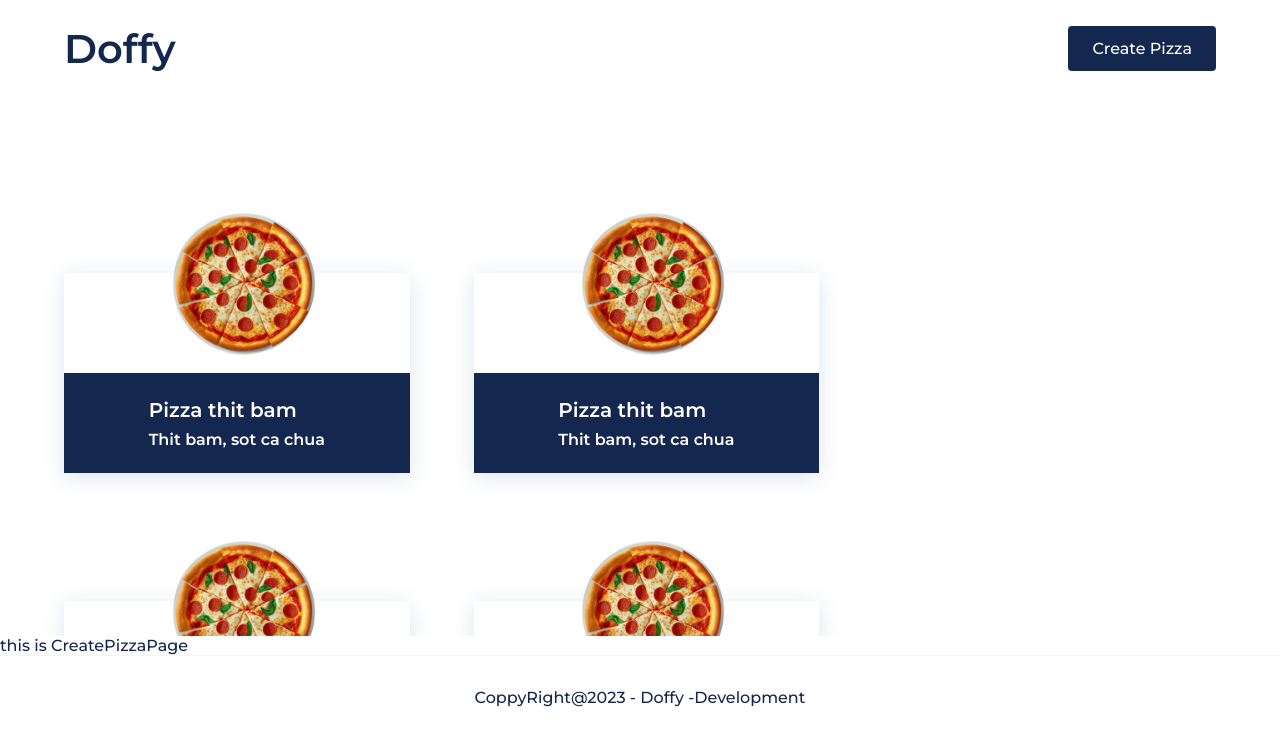
Repository: 16-Doffy/Pizza-Store
Page: /
These files come from the project's save history. The page is drawn as it stood at one moment and after the next save; the edit follows.
The browser window is 1280 px wide. The pictures show the whole page.
An inner scrolling area shows only its first screen. The project was rebuilt for these pictures with package versions that can differ from the ones it lists, and the page was loaded fresh each time. Also part of the build but not shown: webpack.config.js.

Above is the page before, as saved 2025-02-06 22:26:32.

After the next save:
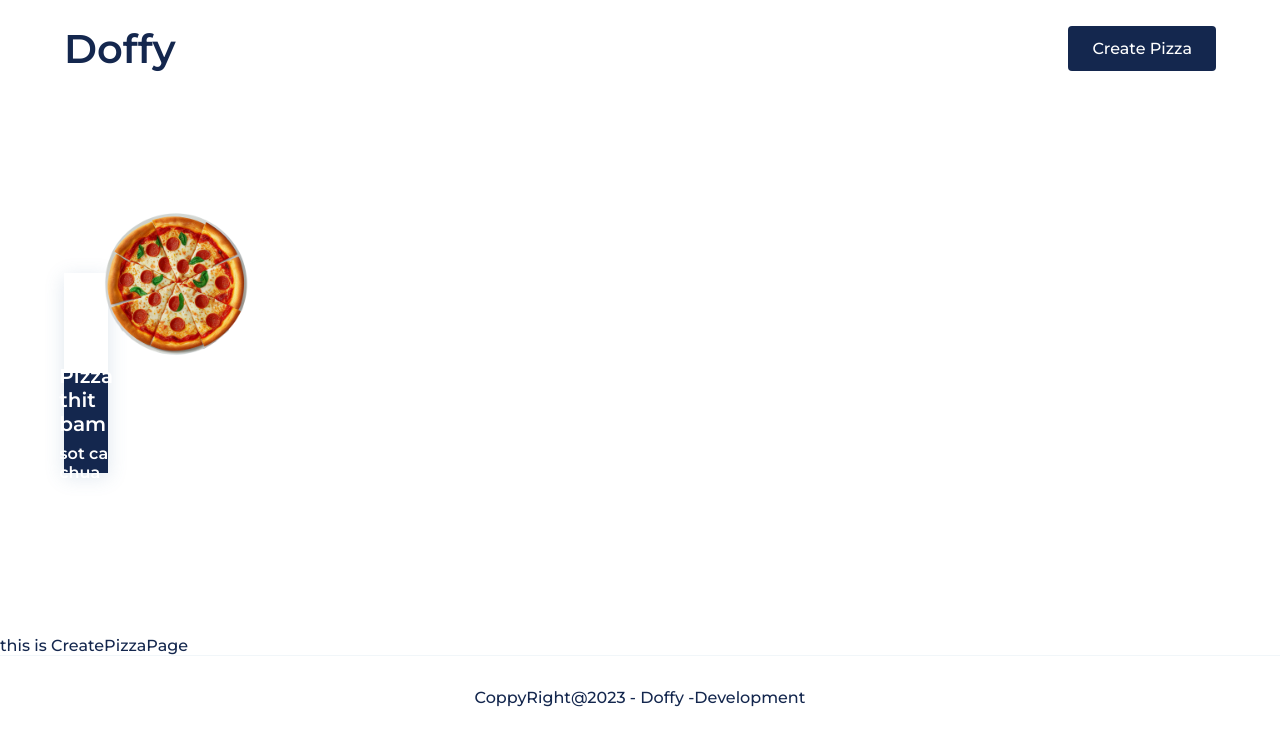
Saved 74 s later.
--- a/src/pages/HomePage.tsx
+++ b/src/pages/HomePage.tsx
@@ -1,136 +1,11 @@
 import React from "react";
+import CardPizza from "../sections/CardPizza";
 
 const HomePage = () => {
   return (
     <div style={{ height: "calc(100vh - 309px)", padding: "4rem 4rem", overflow: "auto" }}>
       <div className="wrapper-card-items">
-        <div className="card-items">
-          <img src="/pizza.png" alt="pizza" className="card-image-pizza " />
-          <div style={{ height: "50%", width: "100%" }}></div>
-          {/* Di chuyển card-content vào trong card-items */}
-          <div className="card-content">
-            <div>
-              <div style={{ fontSize: "20px", fontWeight: 600, color: "#fff" }}>Pizza thit bam</div>
-              <div style={{ fontSize: "16px", fontWeight: 600, color: "#fff", marginTop: "0.5rem" }}>
-                Thit bam, sot ca chua
-              </div>
-            </div>
-          </div>
-        </div>
-
-        <div className="card-items">
-          <img src="/pizza.png" alt="pizza" className="card-image-pizza " />
-          <div style={{ height: "50%", width: "100%" }}></div>
-          {/* Di chuyển card-content vào trong card-items */}
-          <div className="card-content">
-            <div>
-              <div style={{ fontSize: "20px", fontWeight: 600, color: "#fff" }}>Pizza thit bam</div>
-              <div style={{ fontSize: "16px", fontWeight: 600, color: "#fff", marginTop: "0.5rem" }}>
-                Thit bam, sot ca chua
-              </div>
-            </div>
-          </div>
-        </div>
-
-        <div className="card-items">
-          <img src="/pizza.png" alt="pizza" className="card-image-pizza " />
-          <div style={{ height: "50%", width: "100%" }}></div>
-          {/* Di chuyển card-content vào trong card-items */}
-          <div className="card-content">
-            <div>
-              <div style={{ fontSize: "20px", fontWeight: 600, color: "#fff" }}>Pizza thit bam</div>
-              <div style={{ fontSize: "16px", fontWeight: 600, color: "#fff", marginTop: "0.5rem" }}>
-                Thit bam, sot ca chua
-              </div>
-            </div>
-          </div>
-        </div>
-
-        <div className="card-items">
-          <img src="/pizza.png" alt="pizza" className="card-image-pizza " />
-          <div style={{ height: "50%", width: "100%" }}></div>
-          {/* Di chuyển card-content vào trong card-items */}
-          <div className="card-content">
-            <div>
-              <div style={{ fontSize: "20px", fontWeight: 600, color: "#fff" }}>Pizza thit bam</div>
-              <div style={{ fontSize: "16px", fontWeight: 600, color: "#fff", marginTop: "0.5rem" }}>
-                Thit bam, sot ca chua
-              </div>
-            </div>
-          </div>
-        </div>
-
-        <div className="card-items">
-          <img src="/pizza.png" alt="pizza" className="card-image-pizza " />
-          <div style={{ height: "50%", width: "100%" }}></div>
-          {/* Di chuyển card-content vào trong card-items */}
-          <div className="card-content">
-            <div>
-              <div style={{ fontSize: "20px", fontWeight: 600, color: "#fff" }}>Pizza thit bam</div>
-              <div style={{ fontSize: "16px", fontWeight: 600, color: "#fff", marginTop: "0.5rem" }}>
-                Thit bam, sot ca chua
-              </div>
-            </div>
-          </div>
-        </div>
-
-        <div className="card-items">
-          <img src="/pizza.png" alt="pizza" className="card-image-pizza " />
-          <div style={{ height: "50%", width: "100%" }}></div>
-          {/* Di chuyển card-content vào trong card-items */}
-          <div className="card-content">
-            <div>
-              <div style={{ fontSize: "20px", fontWeight: 600, color: "#fff" }}>Pizza thit bam</div>
-              <div style={{ fontSize: "16px", fontWeight: 600, color: "#fff", marginTop: "0.5rem" }}>
-                Thit bam, sot ca chua
-              </div>
-            </div>
-          </div>
-        </div>
-
-        <div className="card-items">
-          <img src="/pizza.png" alt="pizza" className="card-image-pizza " />
-          <div style={{ height: "50%", width: "100%" }}></div>
-          {/* Di chuyển card-content vào trong card-items */}
-          <div className="card-content">
-            <div>
-              <div style={{ fontSize: "20px", fontWeight: 600, color: "#fff" }}>Pizza thit bam</div>
-              <div style={{ fontSize: "16px", fontWeight: 600, color: "#fff", marginTop: "0.5rem" }}>
-                Thit bam, sot ca chua
-              </div>
-            </div>
-          </div>
-        </div>
-
-        <div className="card-items">
-          <img src="/pizza.png" alt="pizza" className="card-image-pizza " />
-          <div style={{ height: "50%", width: "100%" }}></div>
-          {/* Di chuyển card-content vào trong card-items */}
-          <div className="card-content">
-            <div>
-              <div style={{ fontSize: "20px", fontWeight: 600, color: "#fff" }}>Pizza thit bam</div>
-              <div style={{ fontSize: "16px", fontWeight: 600, color: "#fff", marginTop: "0.5rem" }}>
-                Thit bam, sot ca chua
-              </div>
-            </div>
-          </div>
-        </div>
-
-        <div className="card-items">
-          <img src="/pizza.png" alt="pizza" className="card-image-pizza " />
-          <div style={{ height: "50%", width: "100%" }}></div>
-          {/* Di chuyển card-content vào trong card-items */}
-          <div className="card-content">
-            <div>
-              <div style={{ fontSize: "20px", fontWeight: 600, color: "#fff" }}>Pizza thit bam</div>
-              <div style={{ fontSize: "16px", fontWeight: 600, color: "#fff", marginTop: "0.5rem" }}>
-                Thit bam, sot ca chua
-              </div>
-            </div>
-          </div>
-        </div>
-
-
+            <CardPizza title="Pizza thit bam" description="sot ca chua"/>
       </div>
     </div>
   );
